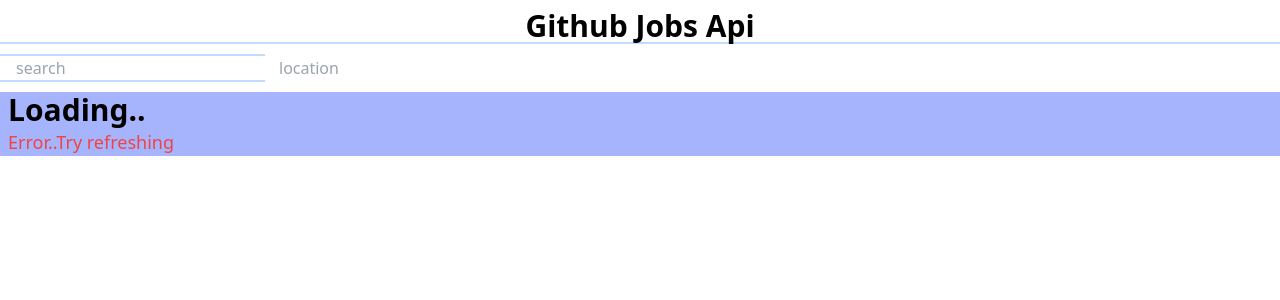
Repository: ShamroOoz/Github-job-api-React-Tailwind
Page: /
These files come from the project's save history. The page is drawn as it stood at one moment and after the next save; the edit follows.
The browser window is 1280 px wide. The pictures show the whole page.
The page's requests for data from a server got no answer. The project was rebuilt for these pictures with package versions that can differ from the ones it lists, and the page was loaded fresh each time. No one was signed in, and anything a server would have sent is missing. Also part of the build but not shown: craco.config.js.

Above is the page before, as saved 2021-03-03 14:55:59.

### src/App.js
import { useFetch } from "./components/Hooks/useFetch";
import { useState } from "react";
import SearchForm from "./components/Hooks/SearchForm";

function App() {
  const [params, setparam] = useState({});
  const [page, setpage] = useState(1);
  const { jobs, loading, error } = useFetch(params, page);
  return (
    <>
      <div className="coantainer text-center font-bold pt-2 text-3xl ">
        <h3>Github Jobs Api</h3>
      </div>
      <div>
        <SearchForm />
      </div>
      <div className="px-2 bg-indigo-300">
        {loading && <div className="text-3xl font-bold">Loading..</div>}
        {error && (
          <div className="text-lg text-red-500">Error..Try refreshing</div>
        )}
        <div>
          {jobs &&
            jobs.map((job) => (
              <li className="leading-7 text-xl" key={job.id}>
                {job.title}
              </li>
            ))}
        </div>
      </div>
    </>
  );
}

export default App;

### src/components/Hooks/useFetch.js
import { useReducer, useEffect } from "react";
import axios, { CancelToken } from "axios";
import { reducer } from "./Reduce";

const BASE_URL =
  "https://secret-ocean-49799.herokuapp.com/https://jobs.github.com/positions.json";

const initialState = {
  jobs: [],
  loading: false,
  error: false,
};

export const useFetch = (params, page) => {
  const [state, dispatch] = useReducer(reducer, initialState);

  //useeffect hook to get data
  useEffect(() => {
    const cancelToken = CancelToken.source();
    dispatch({ type: "make_request", payload: "" });
    axios
      .get(BASE_URL, {
        cancelToken: cancelToken.token,
        params: {
          markdown: true,
          page: page,
          ...params,
        },
      })
      .then((res) => {
        dispatch({ type: "get_data", payload: res.data });
        console.log(res.data);
      })
      .catch((err) => {
        if (axios.isCancel(err)) return;
        dispatch({ type: "error", payload: err });
      });
    //clean up
    return () => {
      cancelToken.cancel();
    };
  }, [page, params]);

  return state;
};

### src/components/Hooks/SearchForm.js
import React from "react";

const SearchForm = () => {
  return (
    <div className="py-3 ring-2 ring-blue-200">
      <input
        className="px-4 ring-2 ring-blue-200"
        type="text"
        placeholder={`search`}
        name="search"
      />
      <input
        className="px-4"
        type="text"
        placeholder={`location`}
        name="location"
      />
    </div>
  );
};

export default SearchForm;

### src/components/Hooks/Reduce.js
const ACTIONS = {
  MAKE_REQUEST: "make_request",
  GET_DATA: "get_data",
  ERROR: "error",
};

export const reducer = (state, action) => {
  switch (action.type) {
    case ACTIONS.MAKE_REQUEST:
      return { ...state, loading: true };
    case ACTIONS.GET_DATA:
      return {
        ...state,
        loading: false,
        jobs: action.payload,
      };
    case ACTIONS.ERROR:
      return { ...state, error: true };
    default:
      return state;
  }
};

Loaded but not shown: public/index.html (common file); src/index.js (common file); src/index.css (common file); tailwind.config.js (common file)

After the next save:
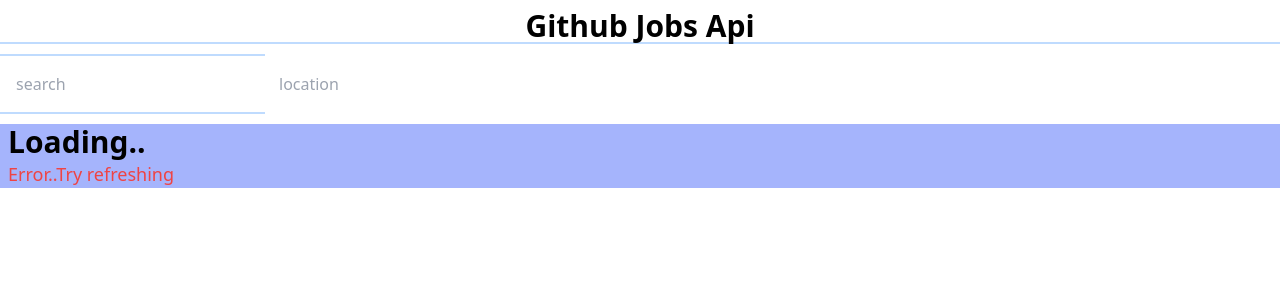
Saved 14 s later.
--- a/src/components/Hooks/SearchForm.js
+++ b/src/components/Hooks/SearchForm.js
@@ -4,13 +4,13 @@
   return (
     <div className="py-3 ring-2 ring-blue-200">
       <input
-        className="px-4 ring-2 ring-blue-200"
+        className="p-4 ring-2 ring-blue-200"
         type="text"
         placeholder={`search`}
         name="search"
       />
       <input
-        className="px-4"
+        className="p-4"
         type="text"
         placeholder={`location`}
         name="location"
